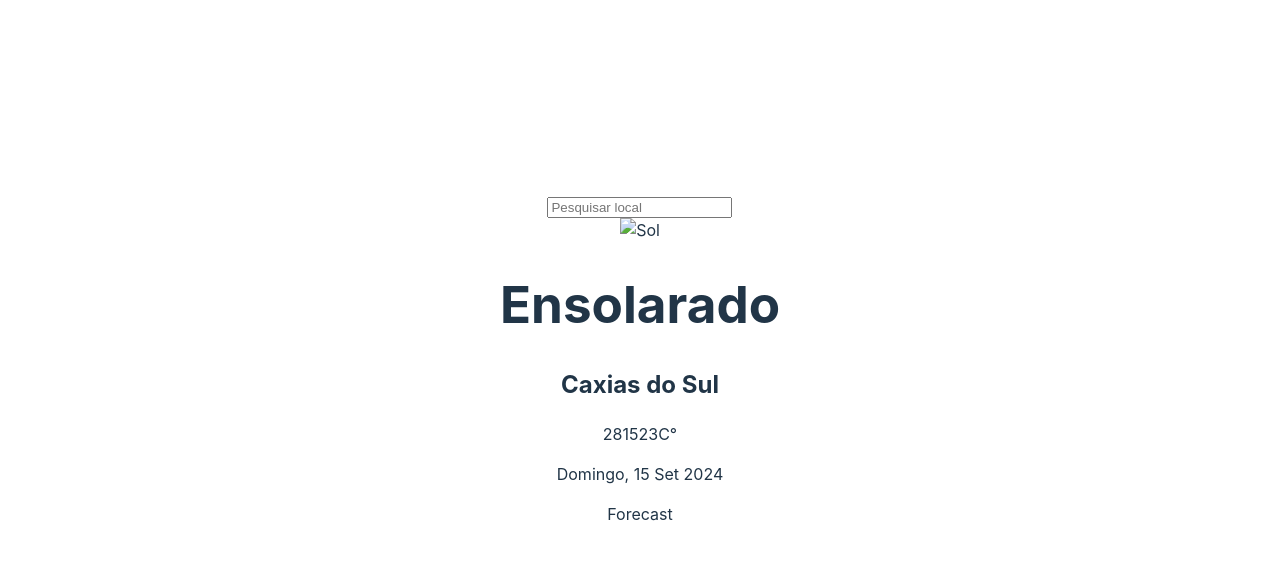
Repository: LucasLora/clima-360
Page: / (app in frontend/clima-360/)
An editor plug-in stored every save of this project. The page is shown before and after the next save, followed by the edit.
The browser window is 1280 px wide. The pictures show the whole page.
The project was rebuilt for these pictures with package versions that can differ from the ones it lists, and the page was loaded fresh each time. Also part of the build but not shown: frontend/clima-360/vite.config.js.

Above is the page before, as saved 2024-09-15 16:23:52.

### frontend/clima-360/src/App.jsx
import Header from "./components/Header";
import CurrentWeather from "./components/CurrentWeather";
import Forecast from "./components/Forecast";
import "./App.css";

function App() {
  return (
    <>
      <div className="App">
        <Header />
        <CurrentWeather />
        <Forecast />
      </div>
    </>
  );
}

export default App;

### frontend/clima-360/src/components/Header/index.jsx
export default function Header() {
  return (
    <header>
      <input type="text" placeholder="Pesquisar local" />
    </header>
  );
}

### frontend/clima-360/src/components/CurrentWeather/index.jsx
export default function CurrentWeather() {
  return (
    <> <div>
<img src="#" alt="Sol" />
      <h1>Ensolarado</h1>
    <h2>Caxias do Sul</h2>
    <span>28</span>
    <span>15</span>
    <span>23C°</span>
    <p>Domingo, 15 Set 2024</p>

    </div>
    </>
  )
}

### frontend/clima-360/src/components/Forecast/index.jsx
export default function Forecast() {
  return <div>Forecast</div>;
}

Loaded but not shown: frontend/clima-360/index.html (common file); frontend/clima-360/src/main.jsx (common file); frontend/clima-360/src/index.css (common file); frontend/clima-360/src/App.css (common file)

After the next save:
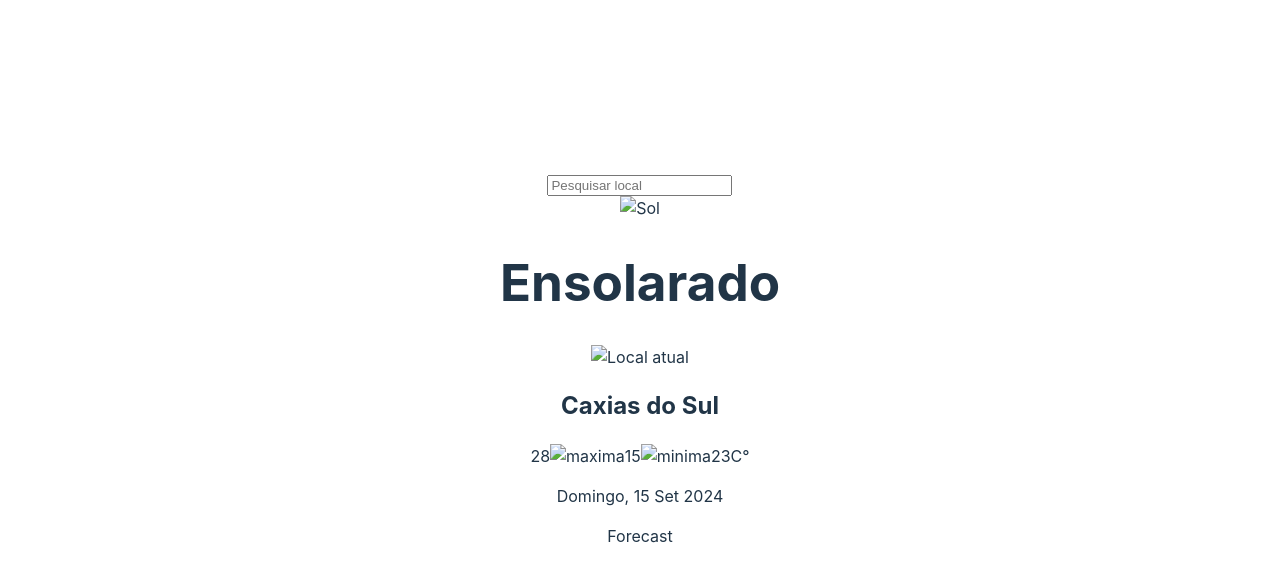
Saved 4 min 47 s later.
--- a/frontend/clima-360/src/components/CurrentWeather/index.jsx
+++ b/frontend/clima-360/src/components/CurrentWeather/index.jsx
@@ -3,9 +3,12 @@ export default function CurrentWeather() {
     <> <div>
 <img src="#" alt="Sol" />
       <h1>Ensolarado</h1>
+      <img src="#" alt="Local atual" />
     <h2>Caxias do Sul</h2>
     <span>28</span>
+    <img src="#" alt="maxima" />
     <span>15</span>
+    <img src="#" alt="minima" />
     <span>23C°</span>
     <p>Domingo, 15 Set 2024</p>
 
